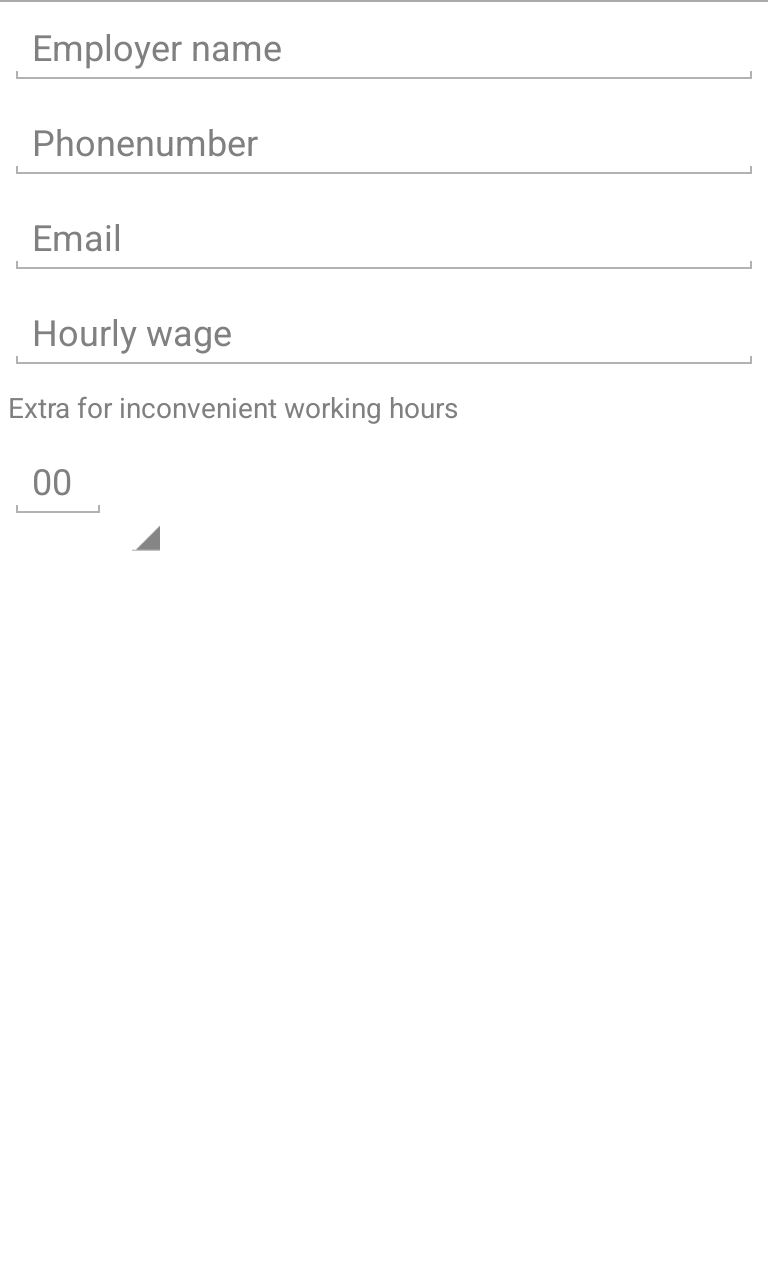
Repository: LudvigN/Hourly
Layout: Hourly/res/layout/add_emp_dialog.xml
The author's editor kept a copy of each file at every save. The layout is drawn from the files as they stood at one save, then again after the next save.
It is drawn on a 768 x 1280 px phone screen (xhdpi) without system bars, with theme AppTheme; the app's code is not run.

Above is the layout before, as saved 2014-03-22 14:59:28.

After the next save:
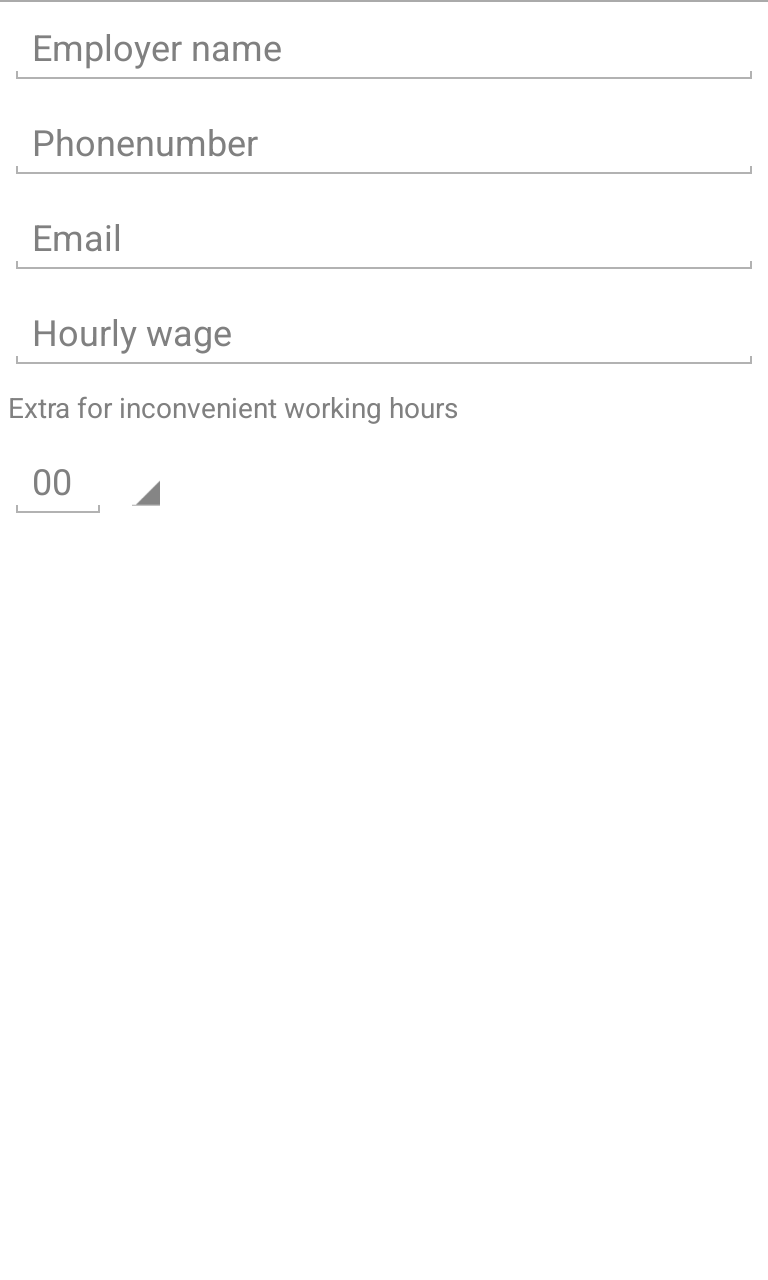
Saved 44 s later.
--- a/Hourly/res/layout/add_emp_dialog.xml
+++ b/Hourly/res/layout/add_emp_dialog.xml
@@ -72,7 +72,7 @@
         android:layout_margin="4dp"
          android:layout_below="@id/dialog_tv_new_emp_ob"
          android:layout_toRightOf="@id/dialog_txt_new_emp_ob"
-         android:layout_alignBaseline="@id/dialog_txt_new_emp_ob"/>
+         android:layout_alignTop="@id/dialog_txt_new_emp_ob"/>
 
 
 
